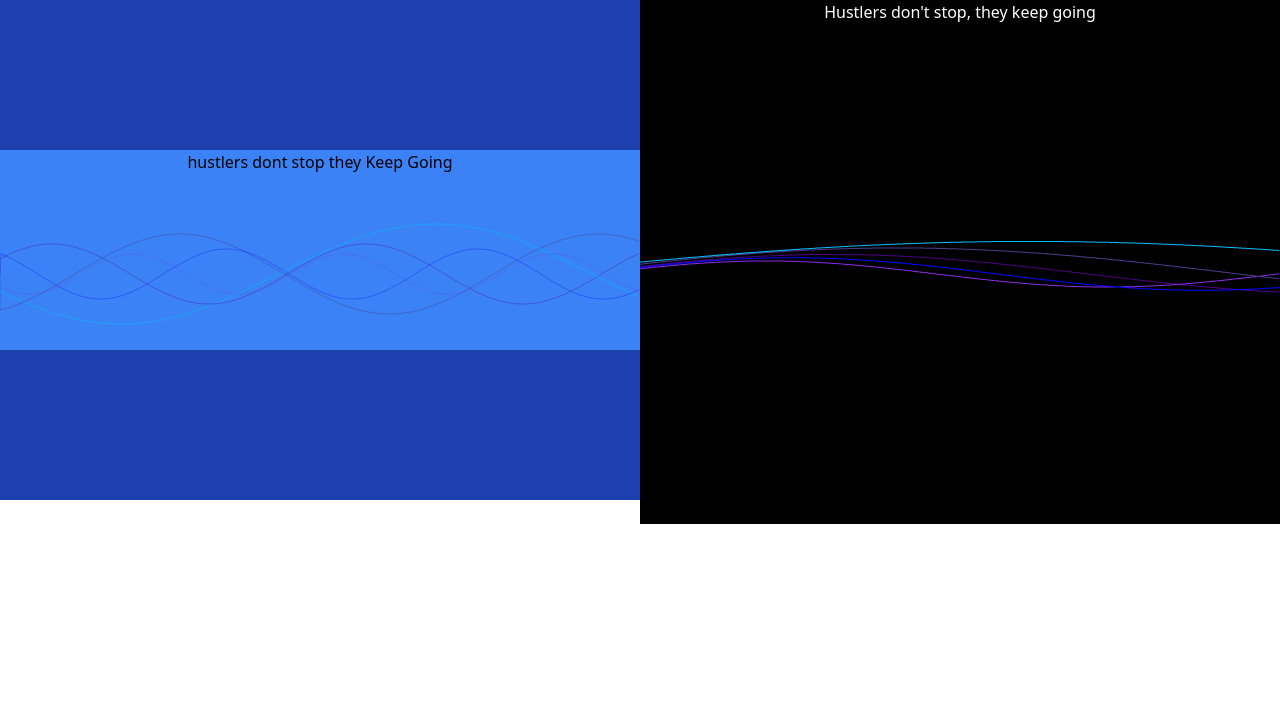
Repository: TMuse333/quantum-experiments
Page: /
An editor plug-in stored every save of this project. The page is shown before and after the next save, followed by the edit.
The browser window is 1280 px wide. The pictures show the whole page.
The project was rebuilt for these pictures with package versions that can differ from the ones it lists, and the page was loaded fresh each time. Also part of the build but not shown: vite.config.ts.

Above is the page before, as saved 2024-06-08 18:23:24.

### src/App.tsx
import { useState } from 'react'
import reactLogo from './assets/react.svg'
import viteLogo from '/vite.svg'
import './App.css'
import SineWave from './components/sineWave/sineWave'
import ThreeJSWave from './components/sineWave/threeeJsWave/threeJsWave'

function App() {
  const [count, setCount] = useState(0)

  return (
    <>
    <div className='bg-blue-800 absolute top-0 left-0
    flex items-center justify-center w-screen'>


     <SineWave/>
     <ThreeJSWave/>
     </div>
    </>
  )
}

export default App

### src/components/sineWave/sineWave.tsx
import React, { useRef, useEffect } from 'react';

const SineWave: React.FC = () => {
  const canvasRef = useRef<HTMLCanvasElement | null>(null);

  useEffect(() => {
    const canvas = canvasRef.current;
    if (!canvas) return;

    const c = canvas.getContext('2d');
    if (!c) return;

    const waves = [
      {
        amplitude: 50,
        frequency: 0.01,
        speed: 0.02,
        xOffset: 0,
        color: 'rgba(0, 191, 255, 0.5)', // Sky Blue
      },
      {
        amplitude: 30,
        frequency: 0.02,
        speed: 0.03,
        xOffset: 0,
        color: 'rgba(75, 0, 130, 0.3)', // Indigo
      },
      {
        amplitude: 20,
        frequency: 0.03,
        speed: 0.04,
        xOffset: 0,
        color: 'rgba(138, 43, 226, 0.2)', // Blue Violet
      },
      {
        amplitude: 40,
        frequency: 0.015,
        speed: 0.025,
        xOffset: 0,
        color: 'rgba(72, 61, 139, 0.4)', // Dark Slate Blue
      },
      {
        amplitude: 25,
        frequency: 0.025,
        speed: 0.035,
        xOffset: 0,
        color: 'rgba(0, 0, 255, 0.3)', // Blue
      },
    ];

    const resizeHandler = () => {
      canvas.width = canvas.parentElement?.clientWidth ?? window.innerWidth;
      canvas.height = canvas.parentElement?.clientHeight ?? window.innerHeight;
    };

    window.addEventListener('resize', resizeHandler);
    resizeHandler();

    const draw = () => {
      c.clearRect(0, 0, canvas.width, canvas.height);
      waves.forEach((wave) => {
        c.beginPath();
        c.moveTo(0, canvas.height / 2);
        for (let x = 0; x < canvas.width; x++) {
          const y = canvas.height / 2 + Math.sin(x * wave.frequency + wave.xOffset) * wave.amplitude;
          c.lineTo(x, y);
        }
        c.strokeStyle = wave.color;
        c.stroke();
        wave.xOffset += wave.speed;
      });
      requestAnimationFrame(draw);
    };

    draw();

    return () => {
      window.removeEventListener('resize', resizeHandler);
    };
  }, []);

  return (
    <div className='w-screen bg-blue-500 relative h-[200px] max-w-[1000px] ml-auto mr-auto'>
        <h1>hustlers dont stop they Keep Going</h1>
      <canvas className='h-full w-full' ref={canvasRef} />
    </div>
  );
};

export default SineWave;

### src/components/sineWave/threeeJsWave/threeJsWave.tsx
import React, { useRef, useEffect } from 'react';
import * as THREE from 'three';

const ThreeJSWave: React.FC = () => {
  const containerRef = useRef<HTMLDivElement | null>(null);
  const frameId = useRef<number | null>(null);

  useEffect(() => {
    const container = containerRef.current;
    if (!container) return;

    const scene = new THREE.Scene();
    const camera = new THREE.PerspectiveCamera(75, container.clientWidth / container.clientHeight, 0.1, 1000);
    const renderer = new THREE.WebGLRenderer({ antialias: true });

    renderer.setSize(container.clientWidth, container.clientHeight);
    container.appendChild(renderer.domElement);

    camera.position.z = 5;

    // Create waves
    const createWaveMesh = (amplitude: number, frequency: number, color: number, segments: number) => {
      const geometry = new THREE.BufferGeometry();
      const positions = new Float32Array(segments * 3);

      for (let i = 0; i < segments; i++) {
        positions[i * 3] = (i / segments) * 10 - 5; // x
        positions[i * 3 + 1] = 0; // y
        positions[i * 3 + 2] = 0; // z
      }

      geometry.setAttribute('position', new THREE.BufferAttribute(positions, 3));

      const material = new THREE.LineBasicMaterial({ color });
      const line = new THREE.Line(geometry, material);

      return { line, amplitude, frequency, offset: 0 };
    };

    const waves = [
      createWaveMesh(0.5, 0.02, 0x00bfff, 100), // Sky Blue
      createWaveMesh(0.3, 0.04, 0x4b0082, 100), // Indigo
      createWaveMesh(0.2, 0.06, 0x8a2be2, 100), // Blue Violet
      createWaveMesh(0.4, 0.03, 0x483d8b, 100), // Dark Slate Blue
      createWaveMesh(0.25, 0.05, 0x0000ff, 100), // Blue
    ];

    waves.forEach(wave => scene.add(wave.line));

    const animate = () => {
      waves.forEach(wave => {
        const positions = wave.line.geometry.attributes.position.array as Float32Array;
        for (let i = 0; i < positions.length / 3; i++) {
          positions[i * 3 + 1] = Math.sin(i * wave.frequency + wave.offset) * wave.amplitude;
        }
        wave.line.geometry.attributes.position.needsUpdate = true;
        wave.offset += 0.02; // Speed
      });

      renderer.render(scene, camera);
      frameId.current = requestAnimationFrame(animate);
    };

    animate();

    const handleResize = () => {
      if (container) {
        camera.aspect = container.clientWidth / container.clientHeight;
        camera.updateProjectionMatrix();
        renderer.setSize(container.clientWidth, container.clientHeight);
      }
    };

    window.addEventListener('resize', handleResize);

    return () => {
      if (frameId.current !== null) {
        cancelAnimationFrame(frameId.current);
      }
      window.removeEventListener('resize', handleResize);
      container.removeChild(renderer.domElement);
    };
  }, []);

  return (
    <div className='w-screen h-[500px] max-w-[1000px] mx-auto bg-black' ref={containerRef}>
      <h1 className='text-white'>Hustlers don't stop, they keep going</h1>
    </div>
  );
};

export default ThreeJSWave;

Loaded but not shown: index.html (common file); src/main.tsx (common file); src/index.css (common file); src/App.css (common file); tailwind.config.js (common file)

After the next save:
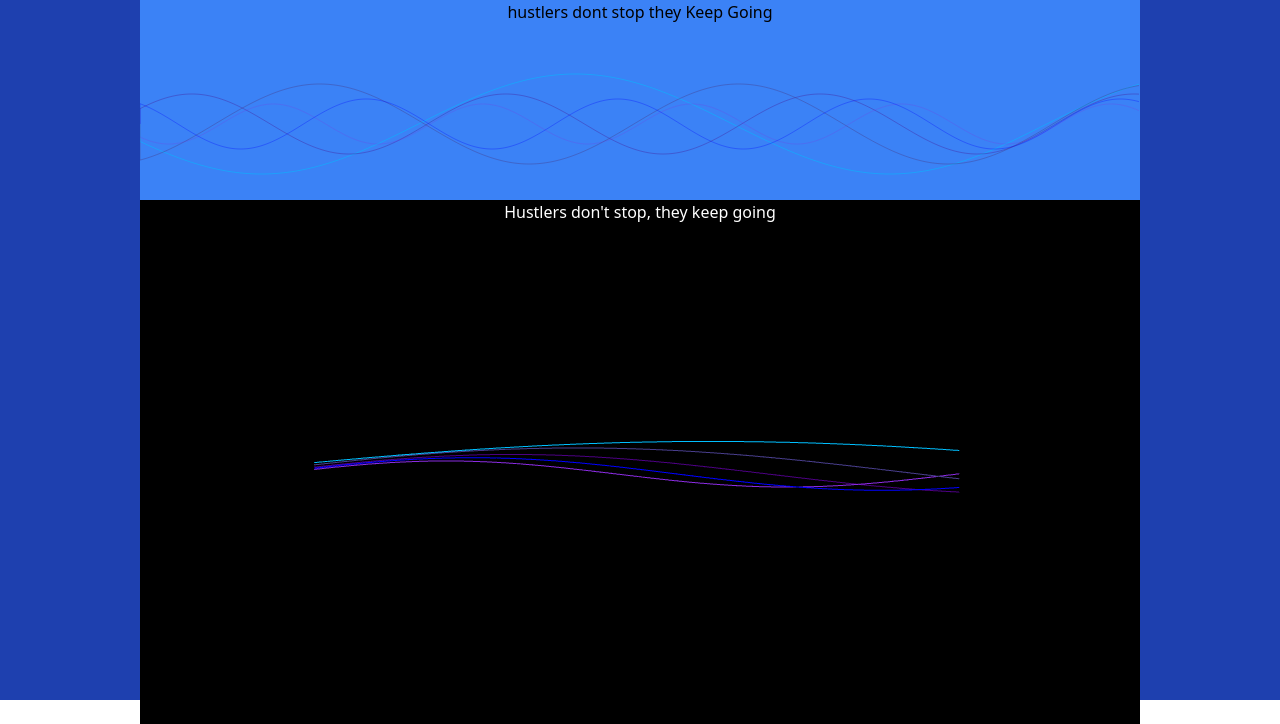
Saved 13 s later.
--- a/src/App.tsx
+++ b/src/App.tsx
@@ -11,7 +11,7 @@ function App() {
   return (
     <>
     <div className='bg-blue-800 absolute top-0 left-0
-    flex items-center justify-center w-screen'>
+    flex items-center flex-col justify-center w-screen'>
 
 
      <SineWave/>
